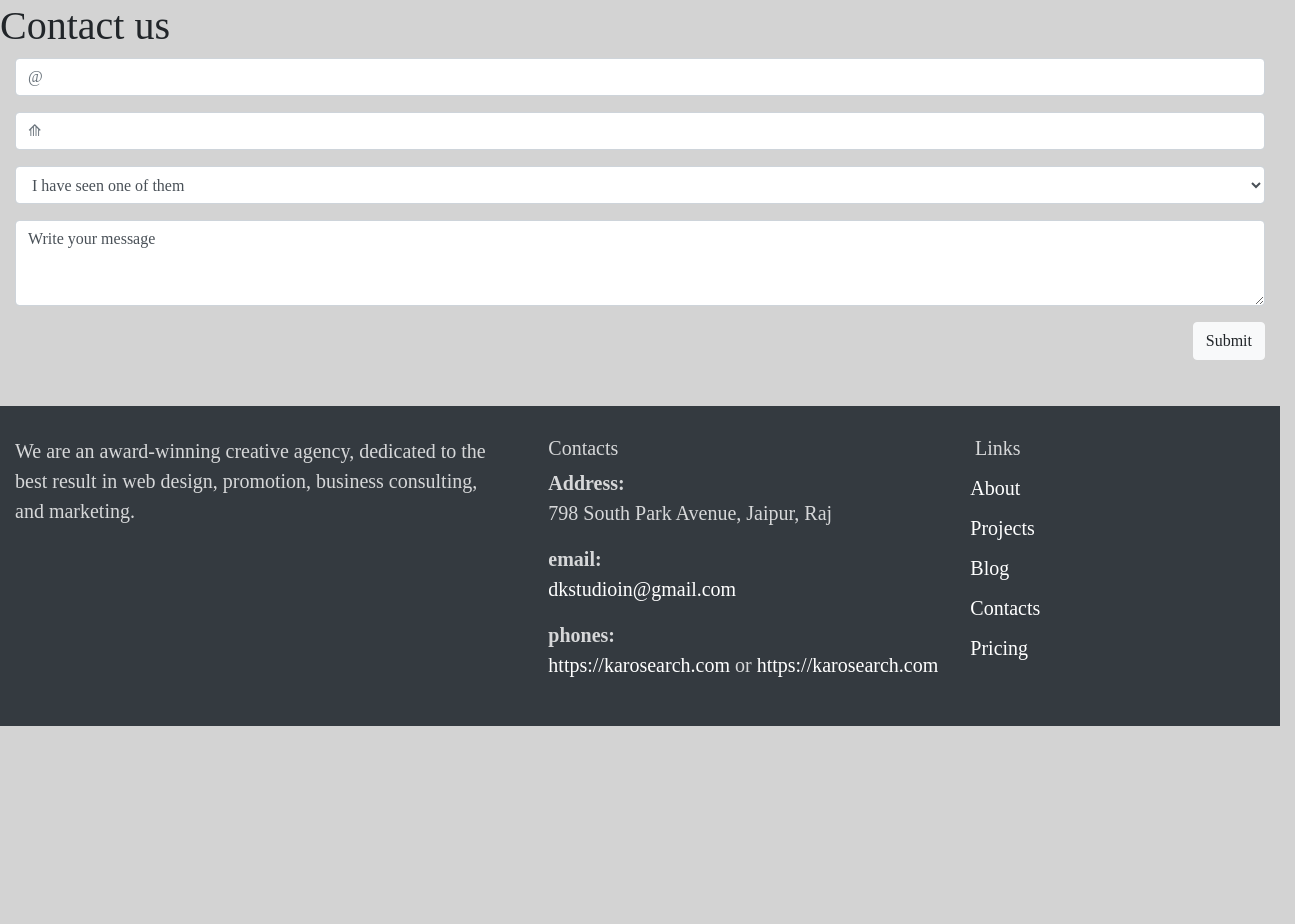
Repository: Khaleddwm/FindThePrecious
Page: index.html
The author's editor kept a copy of each file at every save. The page is drawn from the files as they stood at one save, then again after the next save.
The browser window is 1280 px wide. The page is 1295 px wide, so the pictures cover 1295 px, including what lies to the right of the window. The pictures show the part of the page from y = 1930 to 2854 px (the page is 2854 px tall).
Some web fonts or font styles are not loaded; a fallback is used.

Above is the page before, as saved 2020-05-25 00:25:59.

After the next save:
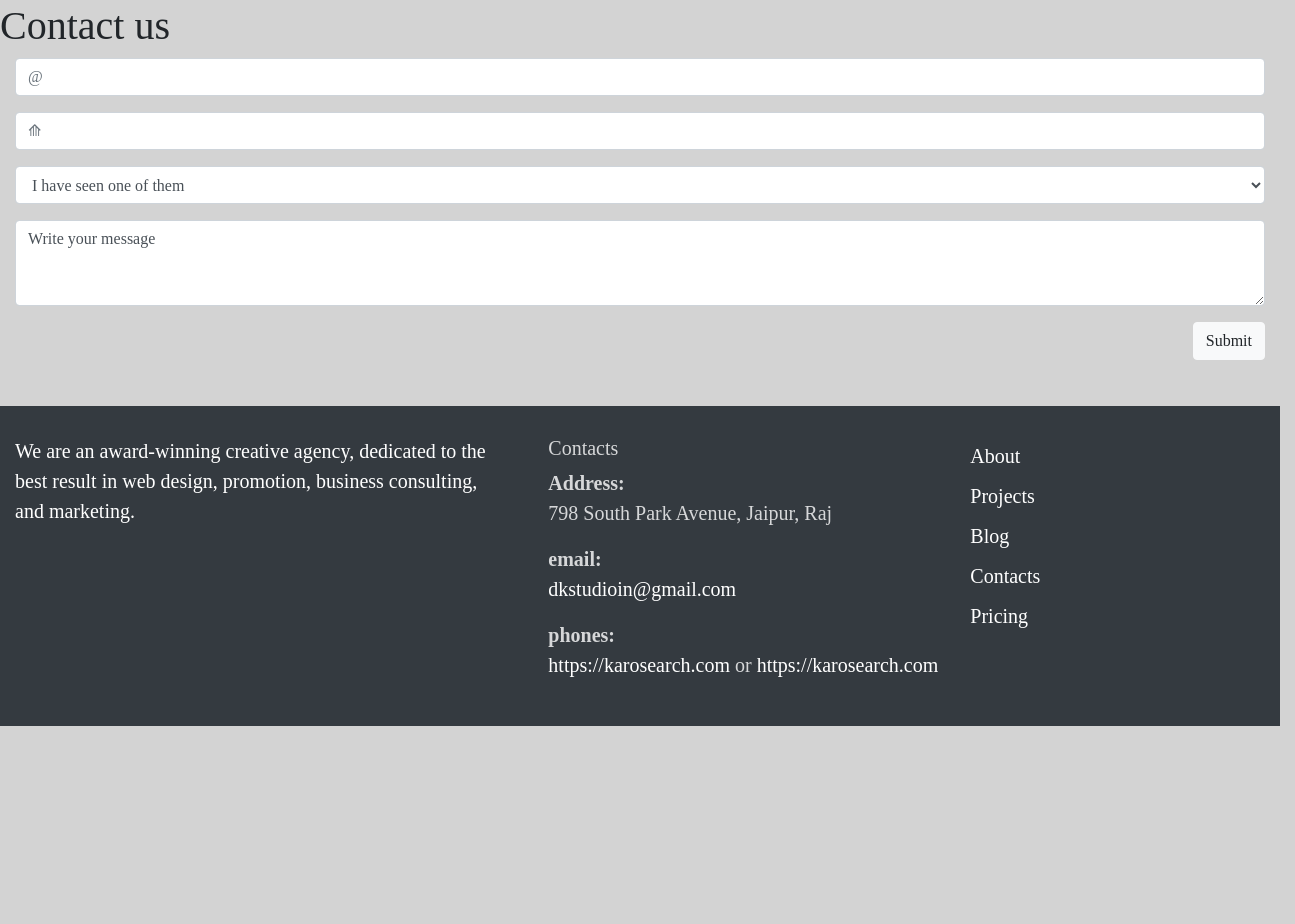
Saved 66 s later.
--- a/index.html
+++ b/index.html
@@ -135,7 +135,7 @@
             <div class="row row-30">
                 <div class="col-md-4 col-xl-5">
                     <div class="pr-xl-4">
-                        <p>We are an award-winning creative agency, dedicated to the best result in web design, promotion, business consulting, and marketing.</p>
+                        <a>We are an award-winning creative agency, dedicated to the best result in web design, promotion, business consulting, and marketing.</a>
                     </div>
                 </div>
                 <div class="col-md-4">
@@ -155,7 +155,6 @@
                     </dl>
                 </div>
                 <div class="col-md-4 col-xl-3">
-                    <h5>Links</h5>
                     <ul class="nav-list">
                         <li><a href="#">About</a></li>
                         <li><a href="#">Projects</a></li>
